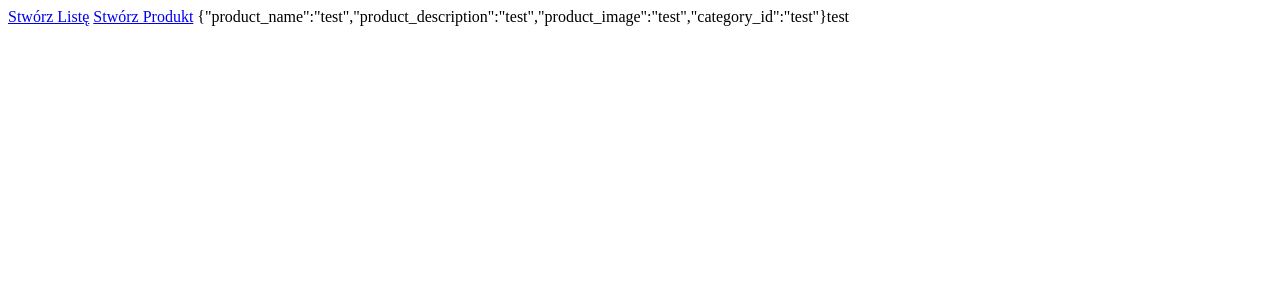
Repository: alphatra/Task-menager
Page: http://localhost/php/src/views/createProduct.php
An editor plug-in stored every save of this project. The page is shown before and after the next save, followed by the edit.
The browser window is 1280 px wide. The pictures show the whole page.
The page is run by PHP 8.4 with error messages shown; the project is at /var/www/html/.

Above is the page before, as saved 2023-02-05 23:17:17.

### php/src/views/createProduct.php
<!DOCTYPE html>
<html lang="en">
<head>
    <meta charset="UTF-8">
    <meta http-equiv="X-UA-Compatible" content="IE=edge">
    <meta name="viewport" content="width=device-width, initial-scale=1.0">
    <title>Document</title>
</head>
<body>
    <a href="views/createList.php">Stwórz Listę</a>
    <a href="views/createList.php">Stwórz Produkt</a>
</body>
</html>
<?php
require_once('../model/CRUD.php');
require_once('../model/product_model.php');
$db = new db();
$produkt = new productModel("test", "test", "test", "test");
$produkt = $produkt->returnObject();
echo $produkt;
echo $db->test($produkt);
?>

### php/src/model/CRUD.php
<?php
class db{
    private $conn;
    public $servername;
    public $username;
    public $password;
    public $database;
    public $tablename;

    public function __construct($host="db", $database="mydb",
                                $username="root", $password="root"){
        $this->host = $host;
        $this->database = $database;
        $this->username = $username;
        $this->password = $password;

        try {
            // Tworzenie połączenia
            $this->conn = new mysqli($host, $username, $password, $database);
        } catch (Exception $e) {
            // Sprawdzanie połączenia
            die("Connection failed: " . mysqli_connect_error());

        }

        return $this->conn;
    }

    // Wyświetlanie list z bazy danych
    public function getData($tablename="list"){
        $this->tablename = $tablename;
        $query = "SELECT * FROM $this->tablename";
        $stmt = $this->conn->prepare($query);
        $stmt->execute();
        $result = $stmt->get_result();

        return json_encode($result->fetch_all(MYSQLI_ASSOC));
    }

    // Wyświetlanie list z bazy danych wraz z wyszukiwaniem
    public function searchData($tablename="", $search=""){
        $this->tablename = "list";
        $this->search = $search;
        $query = "SELECT * FROM $this->tablename WHERE name LIKE '$this->search%'";
        $result = mysqli_query($this->conn, $query);
        $result = mysqli_fetch_all($result, MYSQLI_ASSOC);

        return json_encode($result);
    }
    /*
    public function searchData($tablename="", $search=""){
        $this->tablename = "list";
        $this->search = "{$search}%";
        $query = "SELECT * FROM $this->tablename WHERE name LIKE ?";
        $stmt = $this->conn->prepare($query);
        $stmt->bind_param("s",$search);
        $stmt->execute();
        $result = $stmt->get_result();

        return json_encode($result->fetch_all(MYSQLI_ASSOC));
    }
    */

    // Dodawanie produktów do bazy danych
    public function createProduct($Data){
        $product_name = $this->product_name;
        $product_description = $this->product_description;
        $product_image = $this->product_image;
        $category_id = $this->category_id;

        $stmt = $this->conn->prepare('INSERT INTO products (product_name, product_description, product_image, category_id) VALUES (?, ?, ?, ?)');
        $stmt->bindParam(1, $product_name);
        $stmt->bindParam(2, $product_description);
        $stmt->bindParam(3, $product_image);
        $stmt->bindParam(4, $category_id);
        if ($stmt->execute()) {
            return true;
        } else {
            return false;
        }
    }
    public function test($Data){
        $this->Data = $Data;
        $decoded_json = json_decode($Data, true);
        $product_name = $decoded_json['product_name'];
        $this->product_description = $decoded_json['product_description'];
        $this->product_image = $decoded_json['product_image'];
        $this->category_id = $decoded_json['category_id'];
        return $product_name;
    }
}
?>

### php/src/model/product_model.php
<?php
class productModel{
    public $product_name;
    public $product_description;
    public $product_image;
    public $category_id;

    public function __construct($product_name, $product_description, $product_image, $category_id) {
        $this->product_name = $product_name;
        $this->product_description = $product_description;
        $this->product_image = $product_image;
        $this->category_id = $category_id;
    }

    public function getName() {
        return $this->product_name;
    }

    public function getDescription() {
        return $this->product_description;
    }

    public function getImage() {
        return $this->product_image;
    }

    public function getCategory() {
        return $this->category_id;
    }

    public function test() {
        $product_name = $this->getName();
        $product_description = $this->getDescription();
        $product_image = $this->getImage();
        $category_id = $this->getCategory();
        return $product_name . $product_description . $product_image . $category_id;
    }

    public function returnObject() {
        return json_encode(get_object_vars($this));
    }
    /*
    {
        id_product: ,
        product_name: 'Product 1',
        product_description: 'Description of product 1',
        product_image: 'product1.jpg'
    }
    */

}
?>

After the next save:
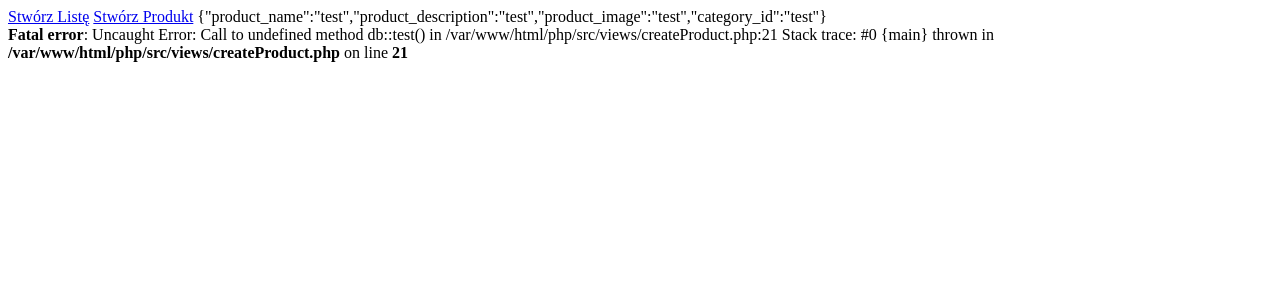
Saved 8 min 15 s later.
--- a/php/src/model/CRUD.php
+++ b/php/src/model/CRUD.php
@@ -79,14 +79,14 @@ class db{
             return false;
         }
     }
-    public function test($Data){
+    public function fetchData($Data){
         $this->Data = $Data;
         $decoded_json = json_decode($Data, true);
         $product_name = $decoded_json['product_name'];
-        $this->product_description = $decoded_json['product_description'];
-        $this->product_image = $decoded_json['product_image'];
-        $this->category_id = $decoded_json['category_id'];
-        return $product_name;
+        $product_description = $decoded_json['product_description'];
+        $product_image = $decoded_json['product_image'];
+        $category_id = $decoded_json['category_id'];
+        return [$product_name, $product_description, $product_image, $category_id];
     }
 }
 ?>
